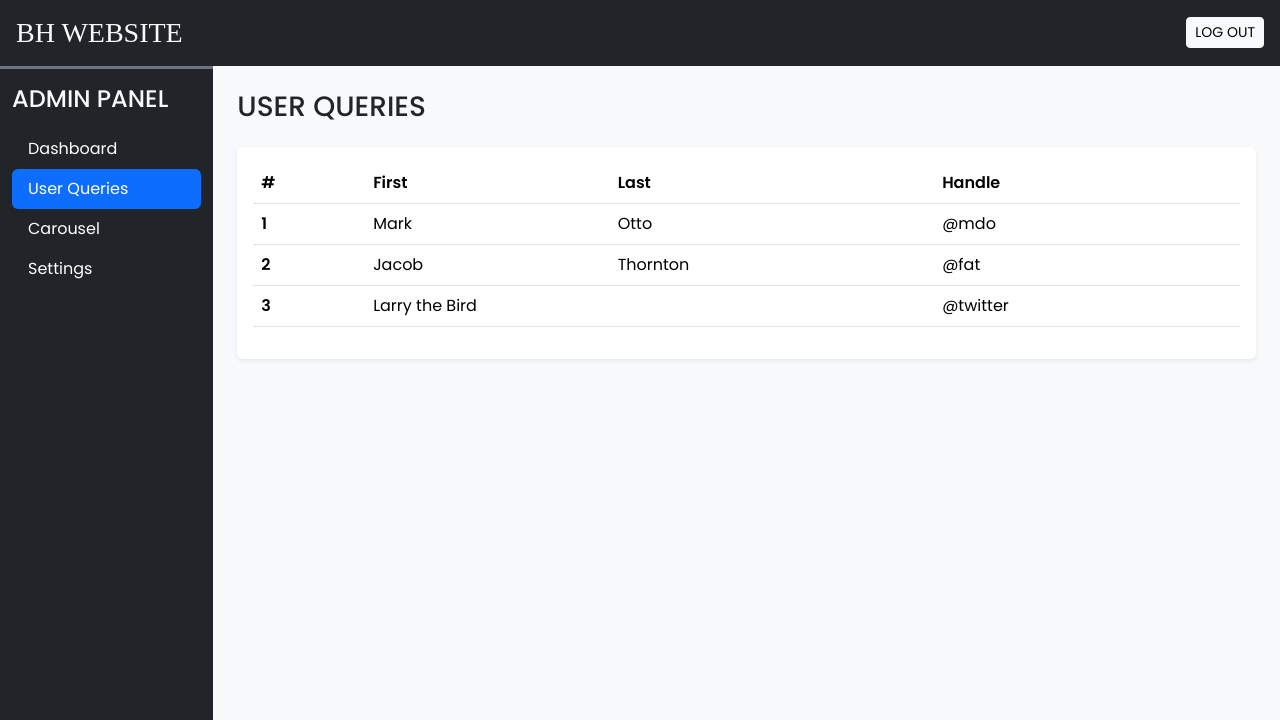
Repository: ntruong0906/desktop-tutorial
Page: http://localhost/hbwebsite/WebsiteBookingHotel/admin/user_queries.php
An editor plug-in stored every save of this project. The page is shown before and after the next save, followed by the edit.
The browser window is 1280 px wide. The pictures show the whole page.
Some web fonts or font styles are not loaded; a fallback is used. The page is run by PHP 8.4 with error messages shown; the project is at /var/www/html/. The session is filled in as if someone had signed in: {"adminLogin": true, "adminId": 1}.

Above is the page before, as saved 2024-05-06 22:33:38.

After the next save:
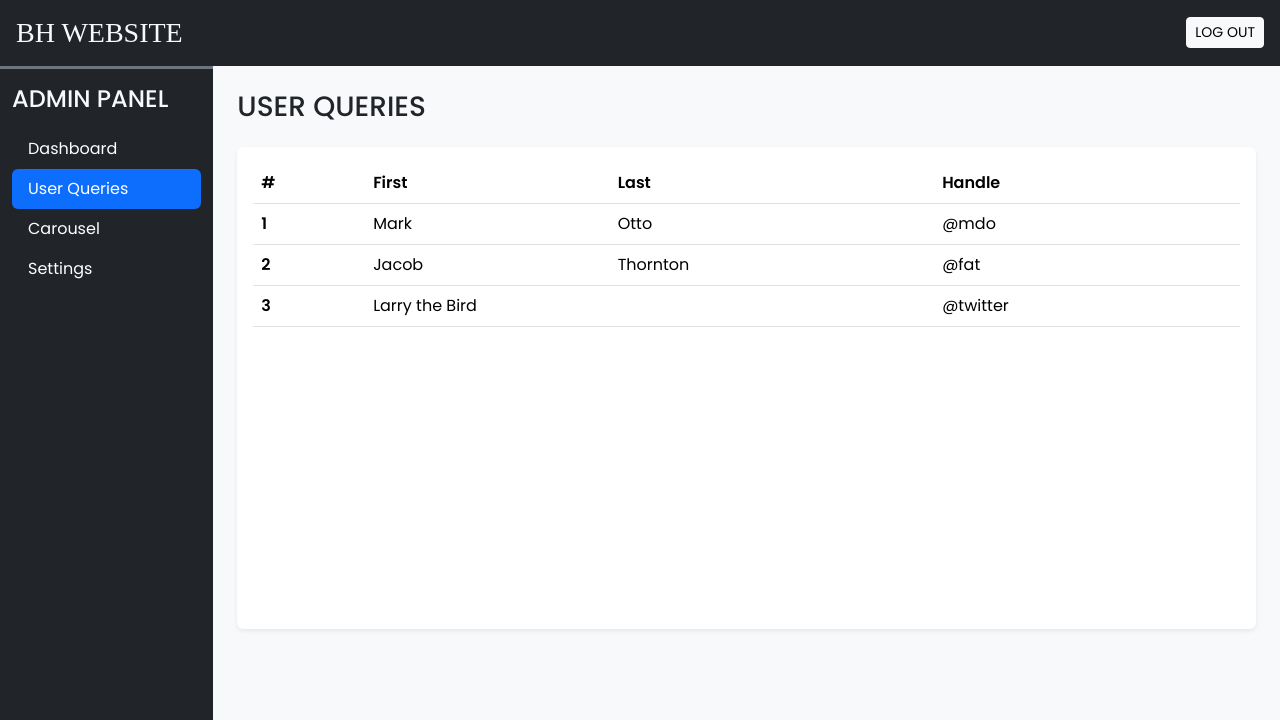
Saved 2 min 53 s later.
--- a/WebsiteBookingHotel/admin/user_queries.php
+++ b/WebsiteBookingHotel/admin/user_queries.php
@@ -40,7 +40,7 @@ adminLogin();
                 <!--Carousel section -->
                 <div class="card border-0 shadow-sm mb-4">
                     <div class="card-body">
-                        <div class="table-responsive-md">
+                        <div class="table-responsive-md " style="height: 450px; overflow-y: scroll;">
                             <table class="table">
                                 <thead>
                                     <tr>
